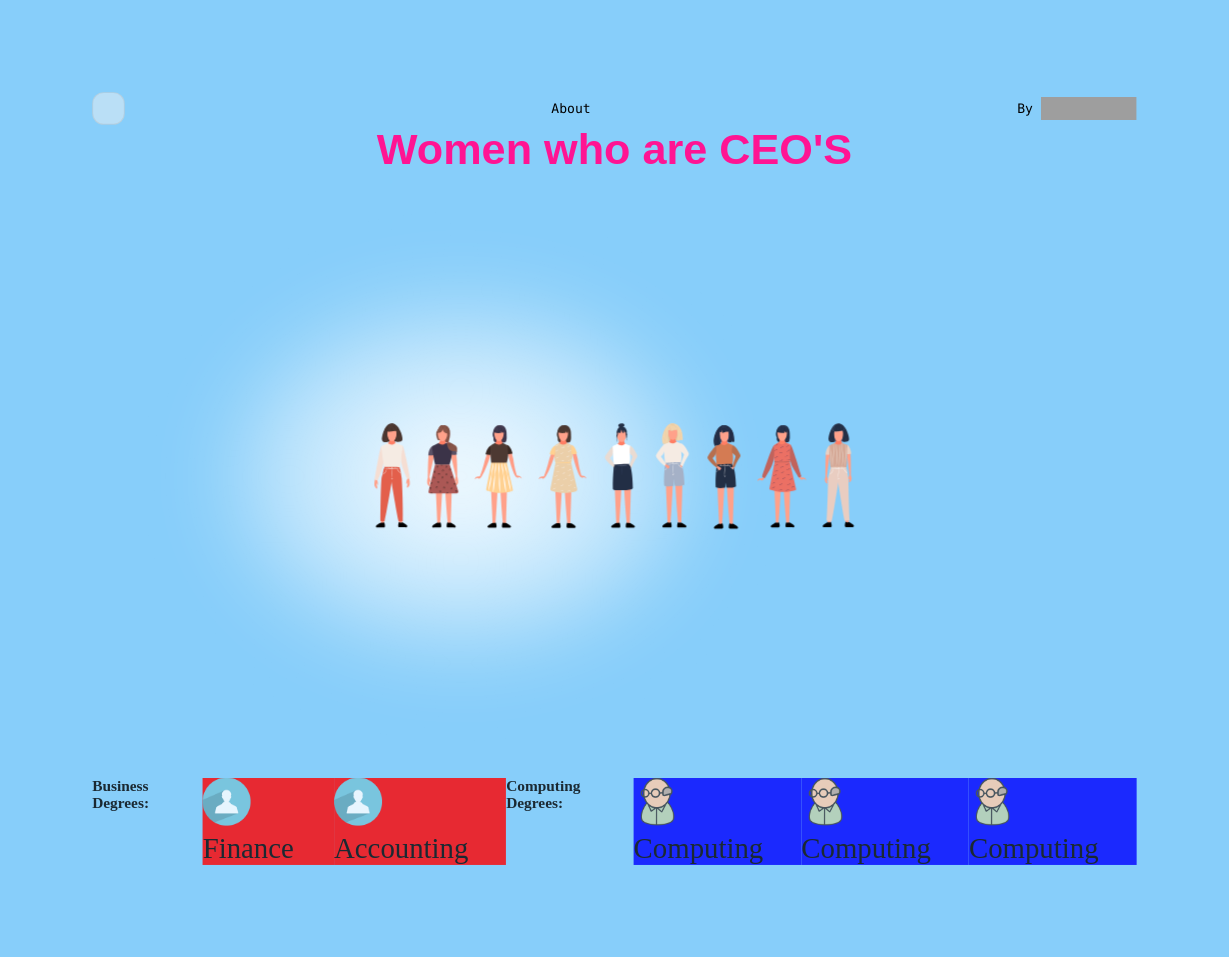
Repository: bguemos/week3example
Page: /
The author's editor kept a copy of each file at every save. The page is drawn from the files as they stood at one save, then again after the next save.
The browser window is 1280 px wide. The pictures show the whole page, at 96% of full size.
Pictures or frames that could not be fetched are drawn as grey boxes. The project was rebuilt for these pictures with package versions that can differ from the ones it lists, and the page was loaded fresh each time. The framework's server and built-in components were replaced by stand-ins that run in the browser. Also part of the build but not shown: next.config.js.

Above is the page before, as saved 2023-01-18 12:22:50.

After the next save:
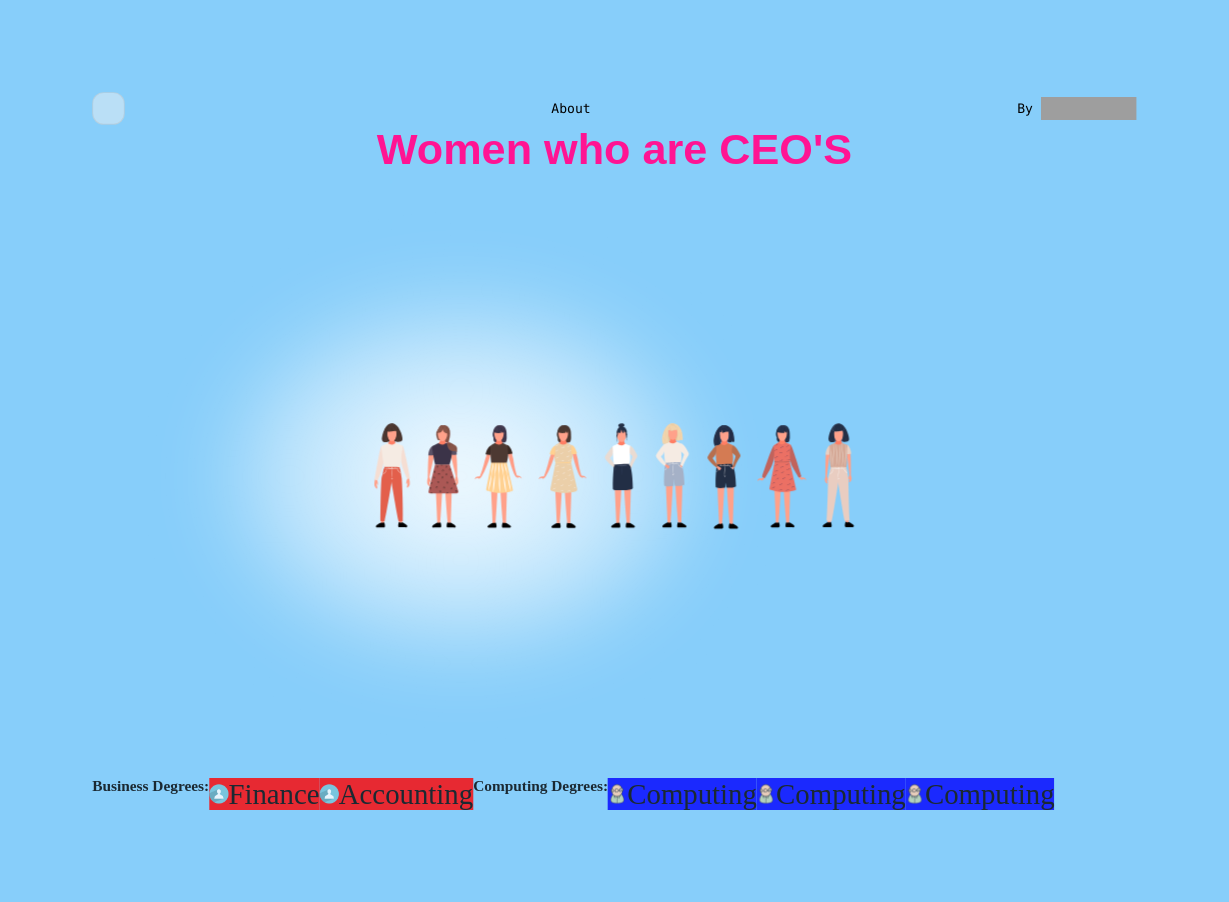
Saved 38 s later.
--- a/components/Card/index.js
+++ b/components/Card/index.js
@@ -7,8 +7,8 @@
     return(
         <div style={{backgroundColor: colour, fontSize:font}}>
          {
-            colour === "red" ? <img src={'icon/person.png'} width="50"/> :
-            colour === "blue" ? <img src={'icon/personThree.png'} width="50"/>:
+            colour === "red" ? <img src={'icon/person.png'} width="20"/> :
+            colour === "blue" ? <img src={'icon/personThree.png'} width="20"/>:
                                 <img src={image} width="50" />
          }
          {degree}

After the save that followed:
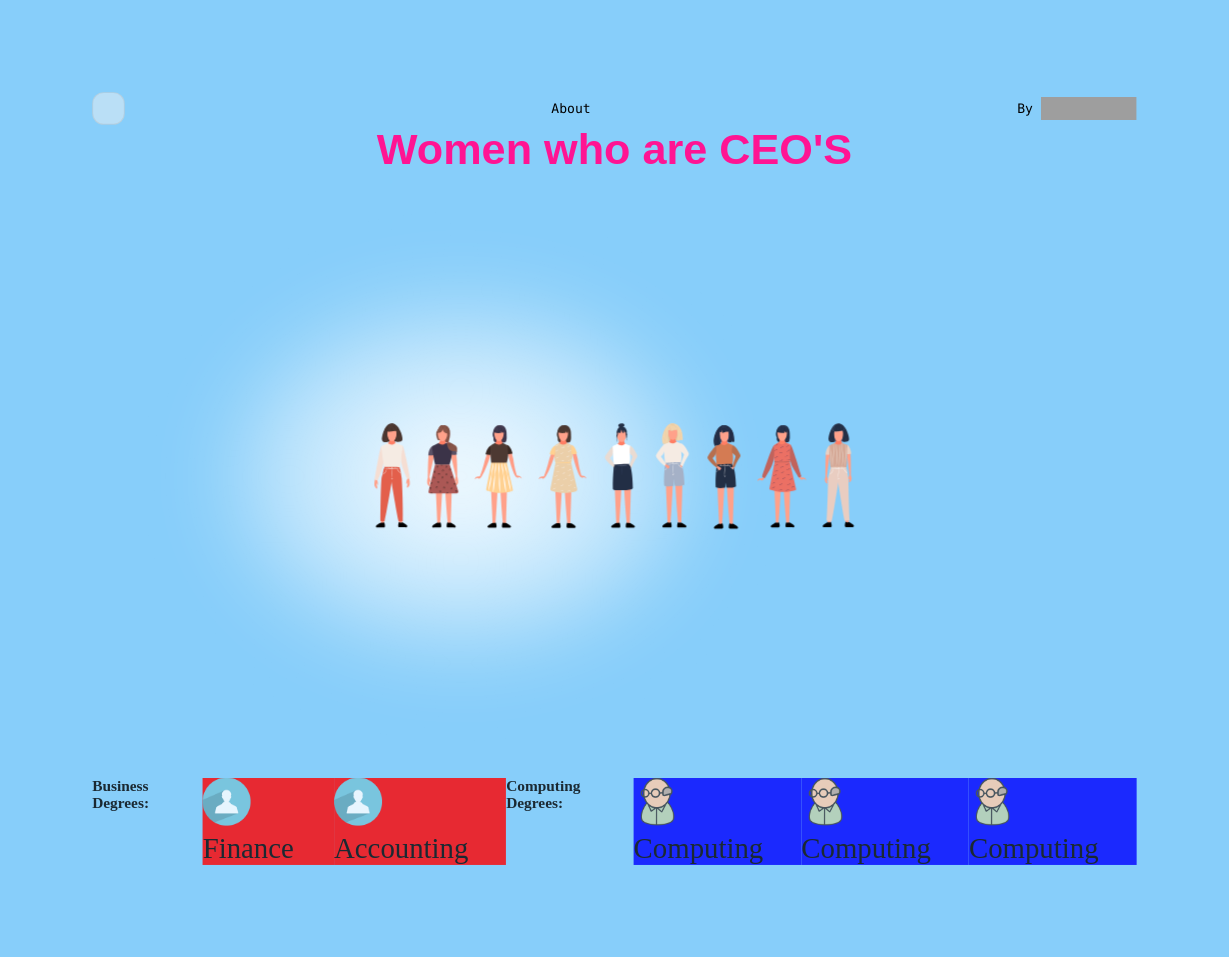
Saved 12 s later.
--- a/components/Card/index.js
+++ b/components/Card/index.js
@@ -7,8 +7,8 @@
     return(
         <div style={{backgroundColor: colour, fontSize:font}}>
          {
-            colour === "red" ? <img src={'icon/person.png'} width="20"/> :
-            colour === "blue" ? <img src={'icon/personThree.png'} width="20"/>:
+            colour === "red" ? <img src={'icon/person.png'} width="50"/> :
+            colour === "blue" ? <img src={'icon/personThree.png'} width="50"/>:
                                 <img src={image} width="50" />
          }
          {degree}
